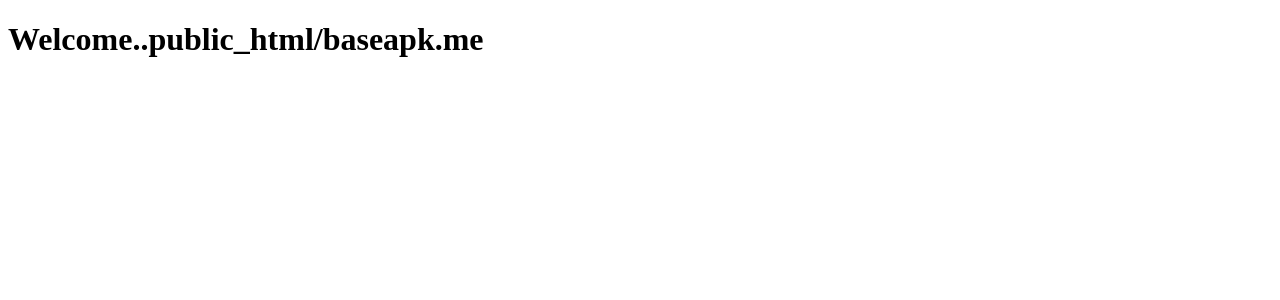
Repository: meenadabhii/kasetto.com
Page: test.html
An editor plug-in stored every save of this project. The page is shown before and after the next save, followed by the edit.
The browser window is 1280 px wide. The pictures show the whole page.

Above is the page before, as saved 2025-05-15 14:52:18.

### test.html
<!DOCTYPE html>
<html>
<head>
	<meta charset="utf-8">
	<meta name="viewport" content="width=device-width, initial-scale=1">
	<title>hello</title>
</head>
<body>

	<h1>Welcome..public_html/baseapk.me</h1>

</body>
</html>

After the next save:
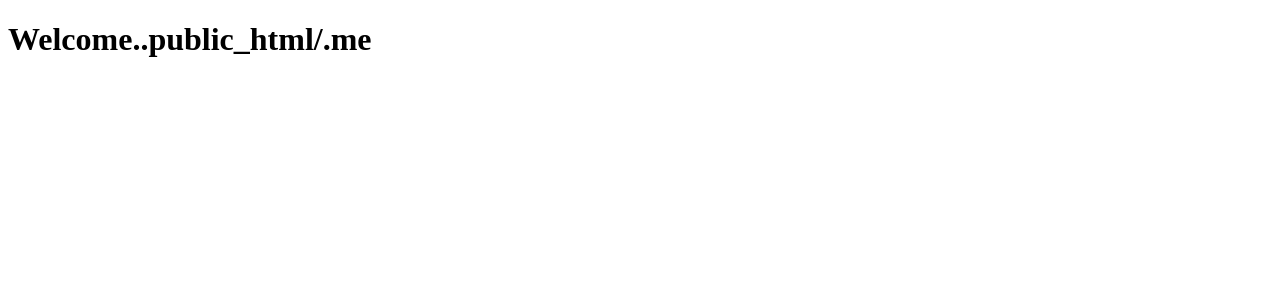
Saved 8 s later.
--- a/test.html
+++ b/test.html
@@ -7,7 +7,7 @@
 </head>
 <body>
 
-	<h1>Welcome..public_html/baseapk.me</h1>
+	<h1>Welcome..public_html/.me</h1>
 
 </body>
 </html>
